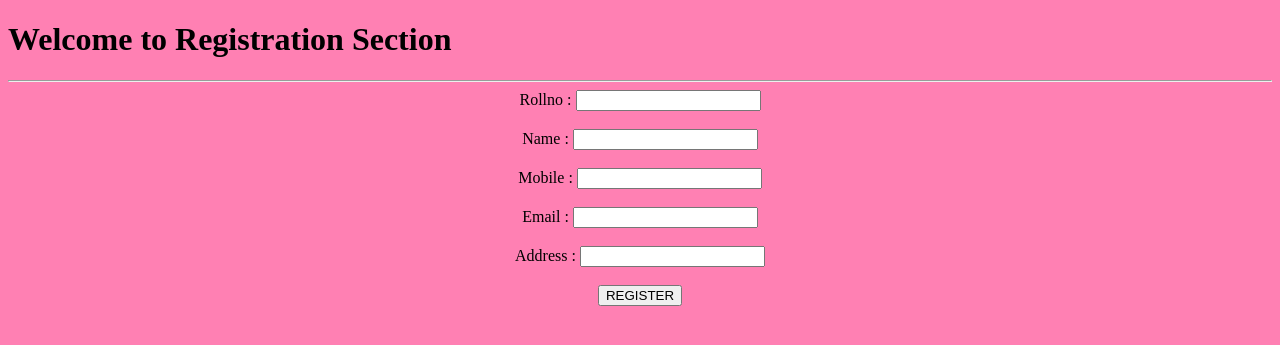
Repository: hitu-1995/reg14_spring_boot
Page: http://localhost/15-Spring-Boot-MVC-Project/register.jsp
An editor plug-in stored every save of this project. The page is shown before and after the next save, followed by the edit.
The browser window is 1280 px wide. The pictures show the whole page.
The page is served by Tomcat 9.

Above is the page before, as saved 2024-02-16 11:06:41.

After the next save:
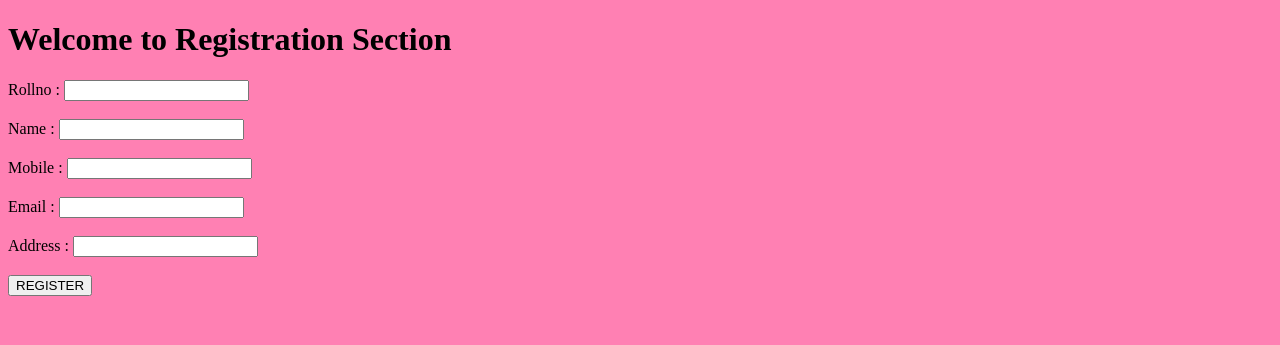
Saved 19 s later.
--- a/15-Spring-Boot-MVC-Project/src/main/webapp/register.jsp
+++ b/15-Spring-Boot-MVC-Project/src/main/webapp/register.jsp
@@ -7,9 +7,10 @@
 <title>Insert title here</title>
 </head>
 <body style="background-color: #ff80b3">
-   <h1>Welcome to Registration Section</h1>
-   <hr>
-    <div align="center">
+    <div>
+      <h1>Welcome to Registration Section</h1>
+    </div>
+    <div align="left">
        <form action="reg">
           <label>Rollno : </label>
            <input type="text" name="rollno"><br><br>
